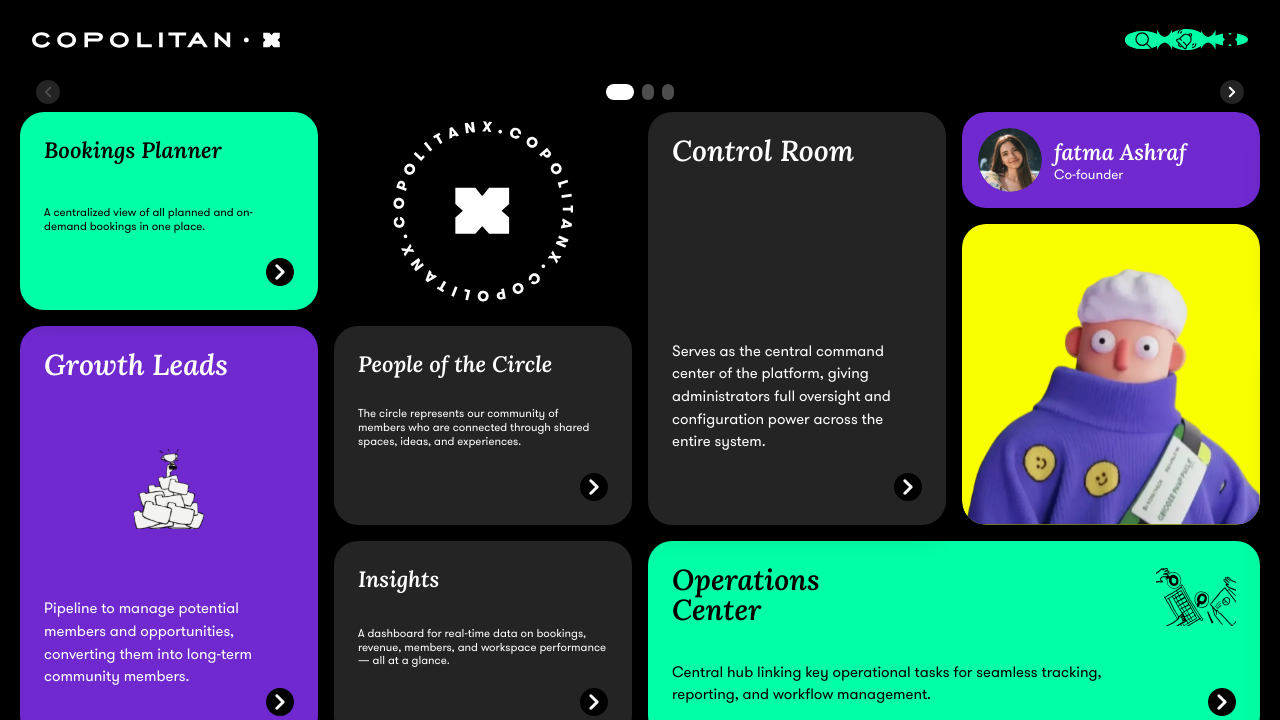
Repository: mohameddtalal/Copolitan-X
Page: /dashboard
These files come from the project's save history. The page is drawn as it stood at one moment and after the next save; the edit follows.
The browser window is 1280 px wide. The pictures show the whole page.
The project was rebuilt for these pictures with package versions that can differ from the ones it lists, and the page was loaded fresh each time. The framework's server and built-in components were replaced by stand-ins that run in the browser. Also part of the build but not shown: next.config.ts.

Above is the page before, as saved 2026-02-11 11:35:01.

After the next save:
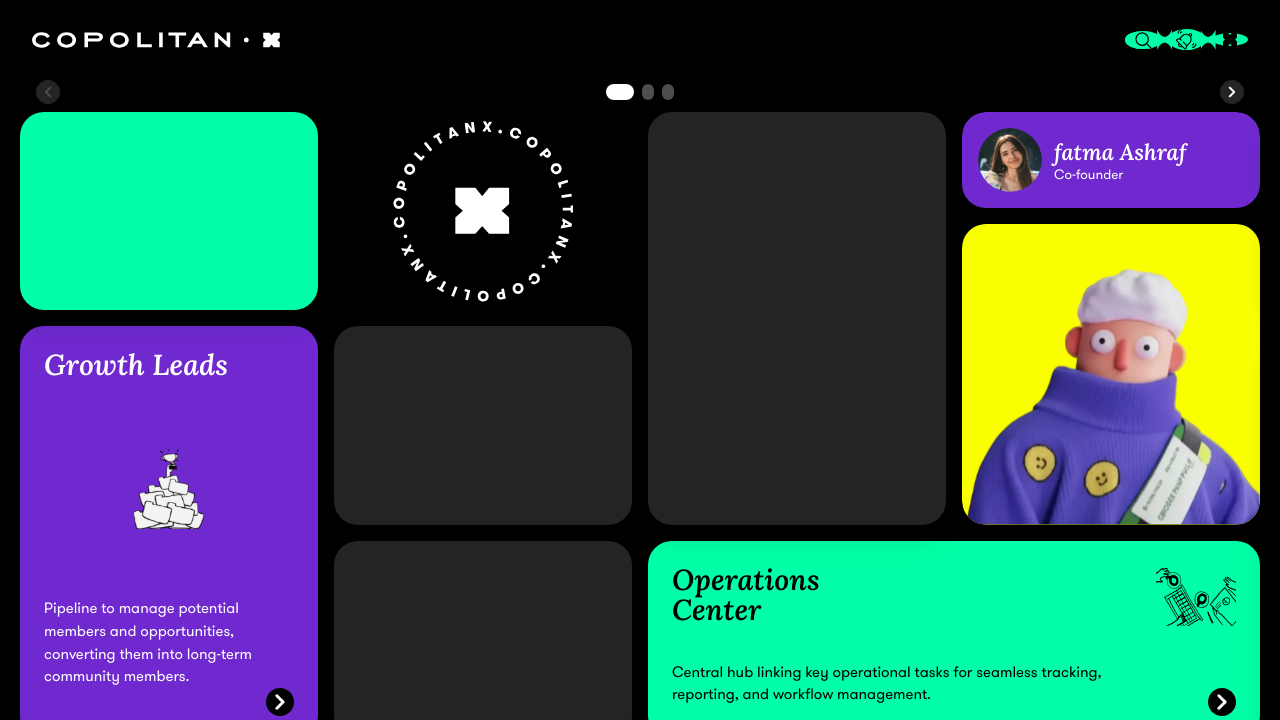
Saved 11 s later.
--- a/src/components/BadgeCard/BadgeCard.tsx
+++ b/src/components/BadgeCard/BadgeCard.tsx
@@ -25,30 +25,7 @@ export default function BadgeCard({ card }: any) {
     }
 
     // Default card
-    return (
-      <>
-        <div className={styles[`card-${card.id}`]}>
-          <h2
-            className={`mb-0.5 sm:mb-1 md:mb-1.5 lg:mb-2 xl:mb-3 lora-semibold-italic whitespace-pre-line ${getTitleSizeClass(card.id)} ${card.id === 8 || card.id === 1 || card.id === 9 || card.id === 15 ? "text-black" : "text-white"}`}
-          >
-            {card.title}
-          </h2>
-          <p
-            className={` font-gtwalsheim whitespace-pre-line ${getDescSizeClass(card.id)} ${card.id === 8 || card.id === 1 || card.id === 9 || card.id === 15 ? "text-black" : "text-white"}`}
-          >
-            {card.description}
-          </p>
-        </div>
-        <div className={`${styles[`card-icon-${card.id}`]} flex justify-end `}>
-          {/*shrink-0 mt-auto*/}
-          <img
-            src="/cards/Buttom Icon.svg"
-            alt="icon"
-            className="w-4 h-4 sm:w-4 sm:h-4 lg:w-7 lg:h-7"
-          />
-        </div>
-      </>
-    );
+
   };
 
   const positionClasses = card.id === 4 ? "col-start-4 row-start-1 col-span-1 row-span-2 rounded-xl sm:rounded-2xl lg:rounded-3xl" : card.span;
